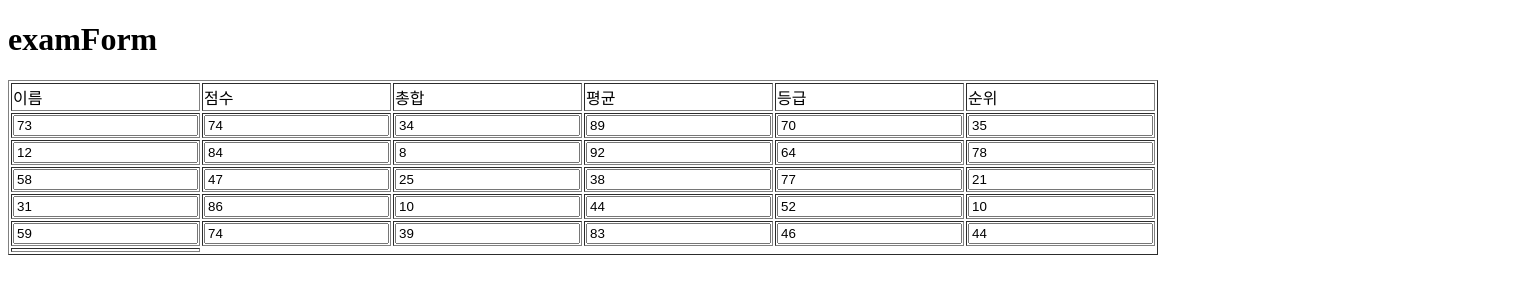
Repository: Jhoon0211/java_work
Page: http://localhost/jspProj/exam/examForm.jsp
The author's editor kept a copy of each file at every save. The page is drawn from the files as they stood at one save, then again after the next save.
The browser window is 1280 px wide. The page is 1280 px wide, then 1540 px, so the pictures cover 1540 px, including what lies to the right of the window. The pictures show the whole page.
The page is served by Tomcat 9.

Above is the page before, as saved 2023-07-31 06:59:20.

After the next save:
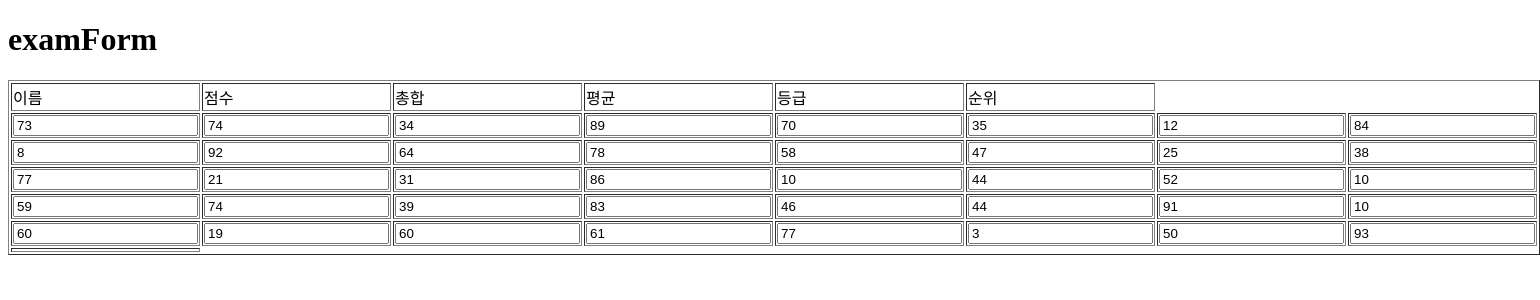
Saved 17 s later.
--- a/jspProj/src/main/webapp/exam/examForm.jsp
+++ b/jspProj/src/main/webapp/exam/examForm.jsp
@@ -26,6 +26,8 @@
 				<td><input type="text" name="math" value="<%=(int)(Math.random()*100) %>"/></td>
 				<td><input type="text" name="tot" value="<%=(int)(Math.random()*100) %>"/></td>
 				<td><input type="text" name="avg" value="<%=(int)(Math.random()*100) %>"/></td>
+				<td><input type="text" name="grade" value="<%=(int)(Math.random()*100) %>"/></td>
+				<td><input type="text" name="rank" value="<%=(int)(Math.random()*100) %>"/></td>
 			</tr>
 			<% } %>
 			<tr>
